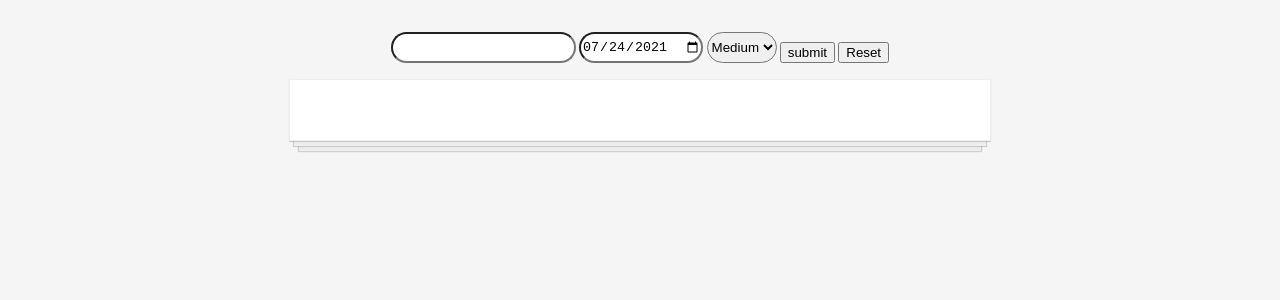
Repository: 0101chaitanya/react-todo
Page: /
The author's editor kept a copy of each file at every save. The page is drawn from the files as they stood at one save, then again after the next save.
The browser window is 1280 px wide. The pictures show the whole page.
The project was rebuilt for these pictures with package versions that can differ from the ones it lists, and the page was loaded fresh each time. Also part of the build but not shown: src/components/TodoItem.js.

Above is the page before, as saved 2021-07-24 16:36:49.

After the next save:
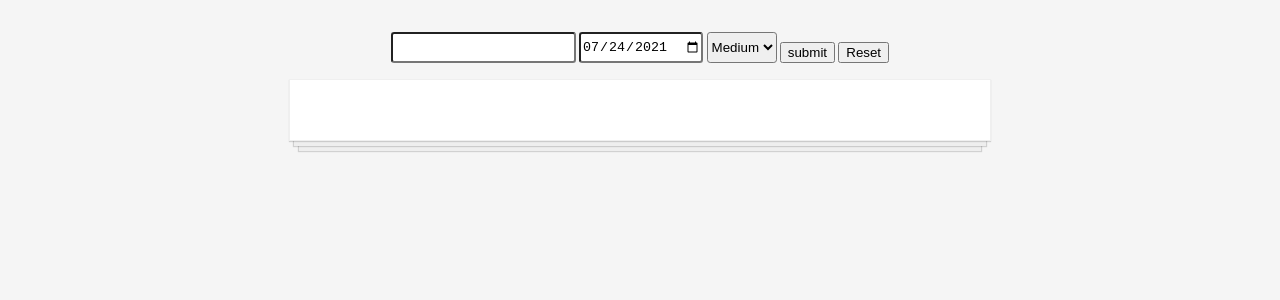
Saved 14 s later.
--- a/src/App.css
+++ b/src/App.css
@@ -52,5 +52,5 @@ input[type="checkbox"]:focus {
   grid-gap: 0.2rem;
 }
 .input-form > * {
-  border-radius: 1rem;
+  border-radius: 0.2rem;
 }
